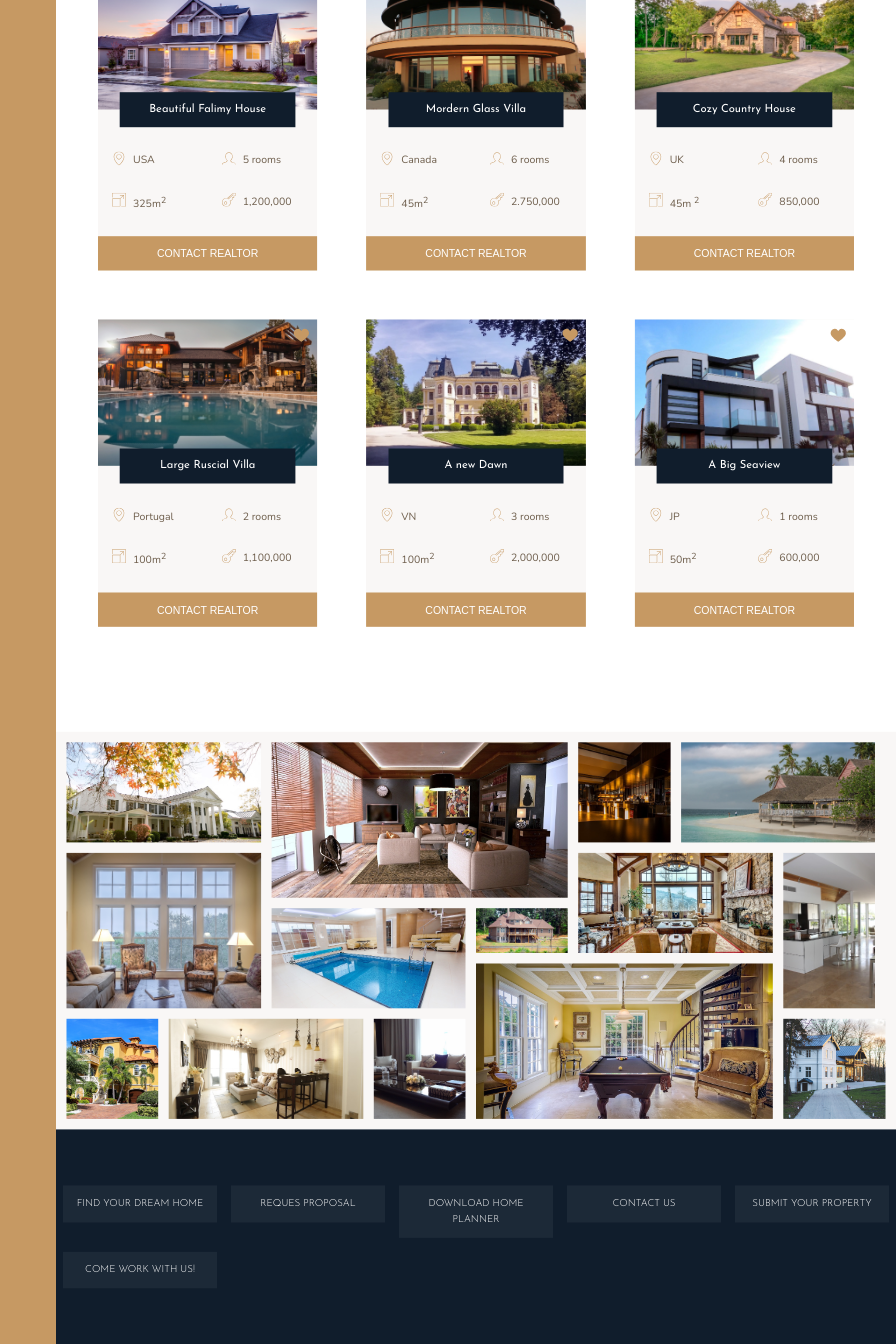
Repository: m2pd/your-home
Page: index.html
These files come from the project's save history. The page is drawn as it stood at one moment and after the next save; the edit follows.
The browser window is 1280 px wide. The pictures show the part of the page from y = 1959 to 3879 px (the page is 3879 px tall before and 3807 px after), at 70% of full size.
The style sheet was rebuilt from its Sass, Less or Tailwind sources for each picture, by a compiler version that may differ from the author's.

Above is the page before, as saved 2020-03-07 19:11:12.

After the next save:
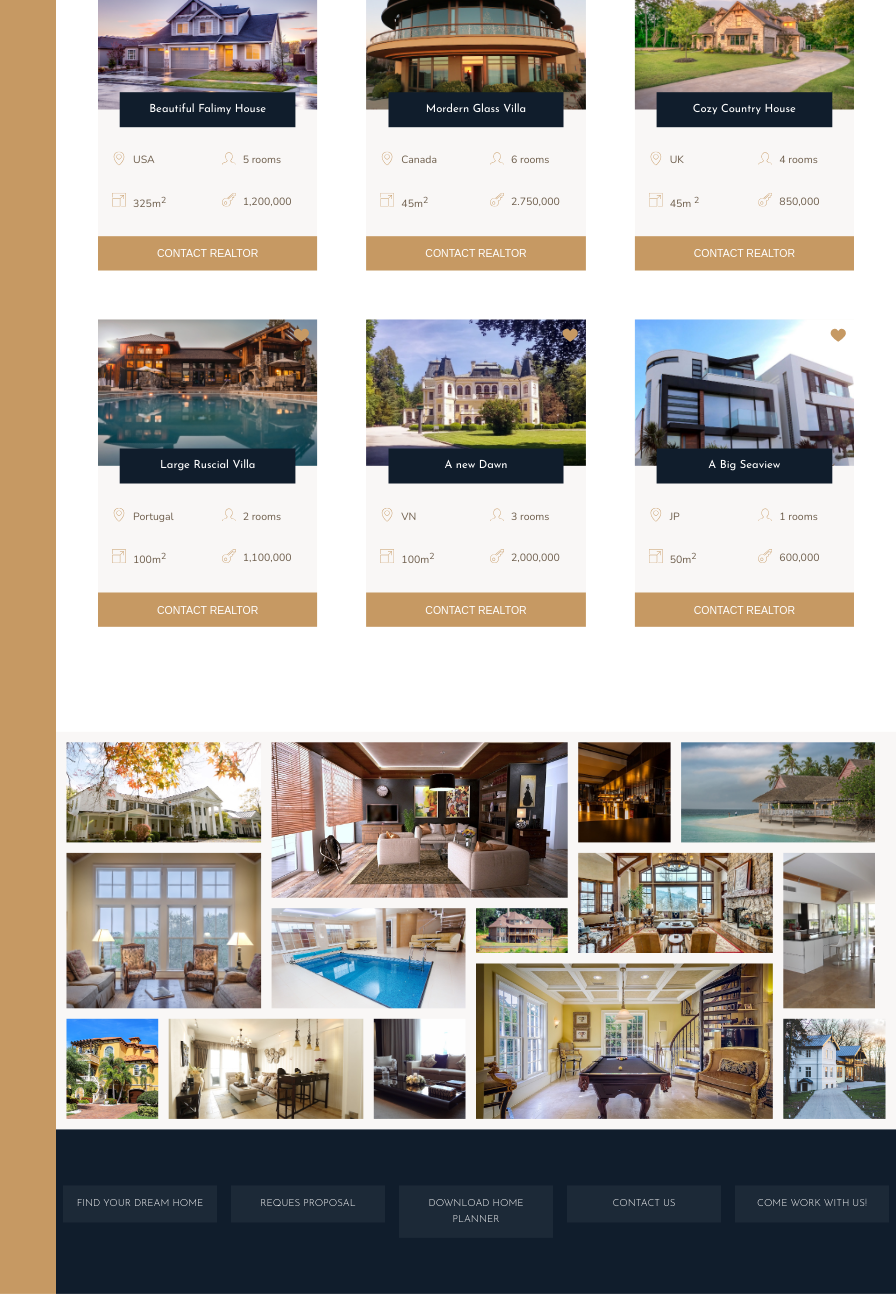
Saved 114 s later.
--- a/index.html
+++ b/index.html
@@ -353,7 +353,7 @@
                 <li class="nav__item"><a href="#" class="nav__link">Reques proposal</a></li>
                 <li class="nav__item"><a href="#" class="nav__link">Download home planner</a></li>
                 <li class="nav__item"><a href="#" class="nav__link">Contact us</a></li>
-                <li class="nav__item"><a href="#" class="nav__link">Submit your property</a></li>
+                <!-- <li class="nav__item"><a href="#" class="nav__link">Submit your property</a></li> -->
                 <li class="nav__item"><a href="#" class="nav__link">Come work with us!</a></li>
             </nav>
         </footer>
